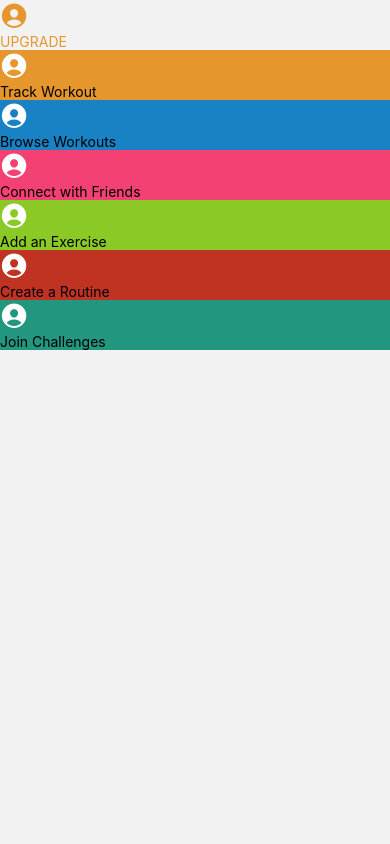
Repository: katjalmarko/React-Native-Fitness-App-with-Subscription
Screen: /
An editor plug-in stored every save of this project. The screen is shown before and after the next save, followed by the edit.
Pictures or frames that could not be fetched are drawn as grey boxes. The app was drawn by React Native's web renderer in a window 390 px wide. The project was rebuilt for these pictures with package versions that can differ from the ones it lists, and the page was loaded fresh each time.

Above is the screen before, as saved 2023-05-08 18:02:11.

After the next save:
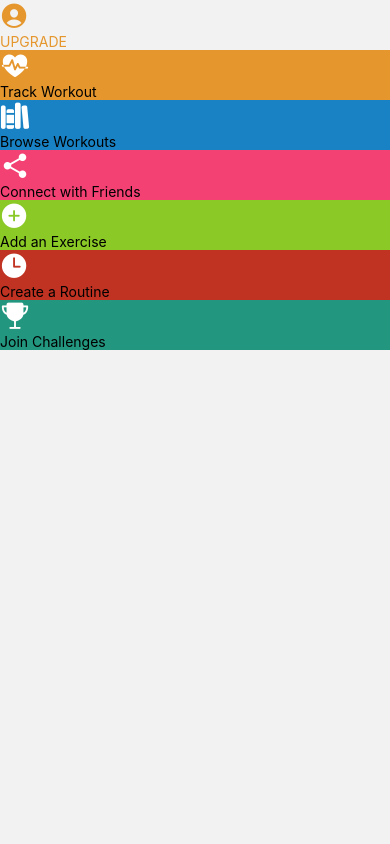
Saved 76 s later.
--- a/components/ActionRow.tsx
+++ b/components/ActionRow.tsx
@@ -13,7 +13,7 @@ type Props = {
 const ActionRow = ({ title, screen, color, requiresPro, icon, vertical }: Props) => {
   return (
     <TouchableOpacity className='' style={{ backgroundColor: color }}>
-      <Ionicons name="person-circle" size={30} color="white" />
+      <Ionicons name={icon} size={30} color="white" />
       <Text>{title}</Text>
     </TouchableOpacity>
   )
